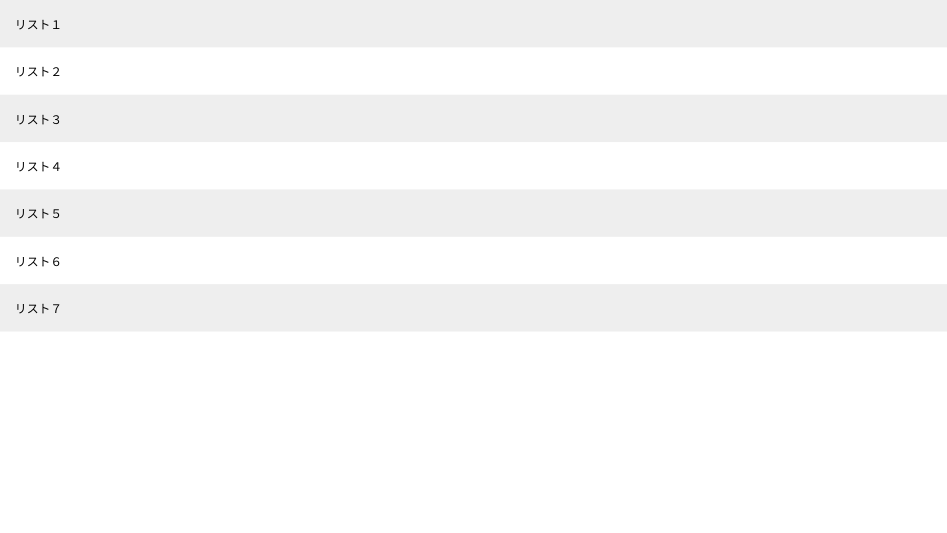
Repository: takuto27/ouyou
Page: chapter8_exercise/ensyu8.html
The author's editor kept a record of every edit. The page is drawn from the files as they stood at one moment, then again after the next edit.
The browser window is 1280 px wide. The pictures show the whole page, at 74% of full size.

Above is the page before.

After the next edit:
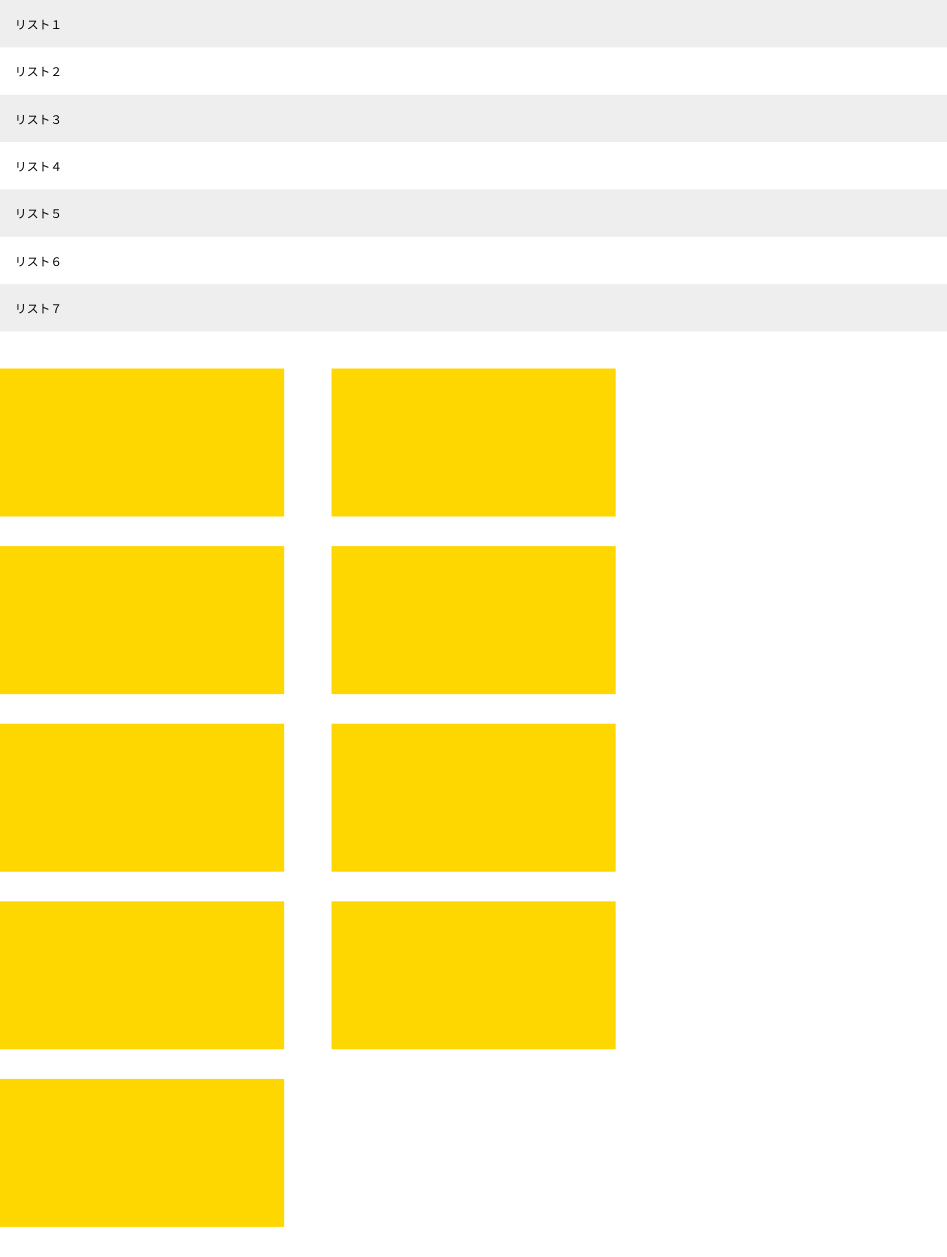
The edit:
--- a/chapter8_exercise/ensyu8.css
+++ b/chapter8_exercise/ensyu8.css
@@ -21,3 +21,10 @@ main {
   display: flex;
   flex-wrap: wrap;
 }
+.box {
+  background-color: #ffd700;
+  width: 30%;
+  height: 200px;
+  margin-right: 5%;
+  margin-bottom: 40px;
+}
